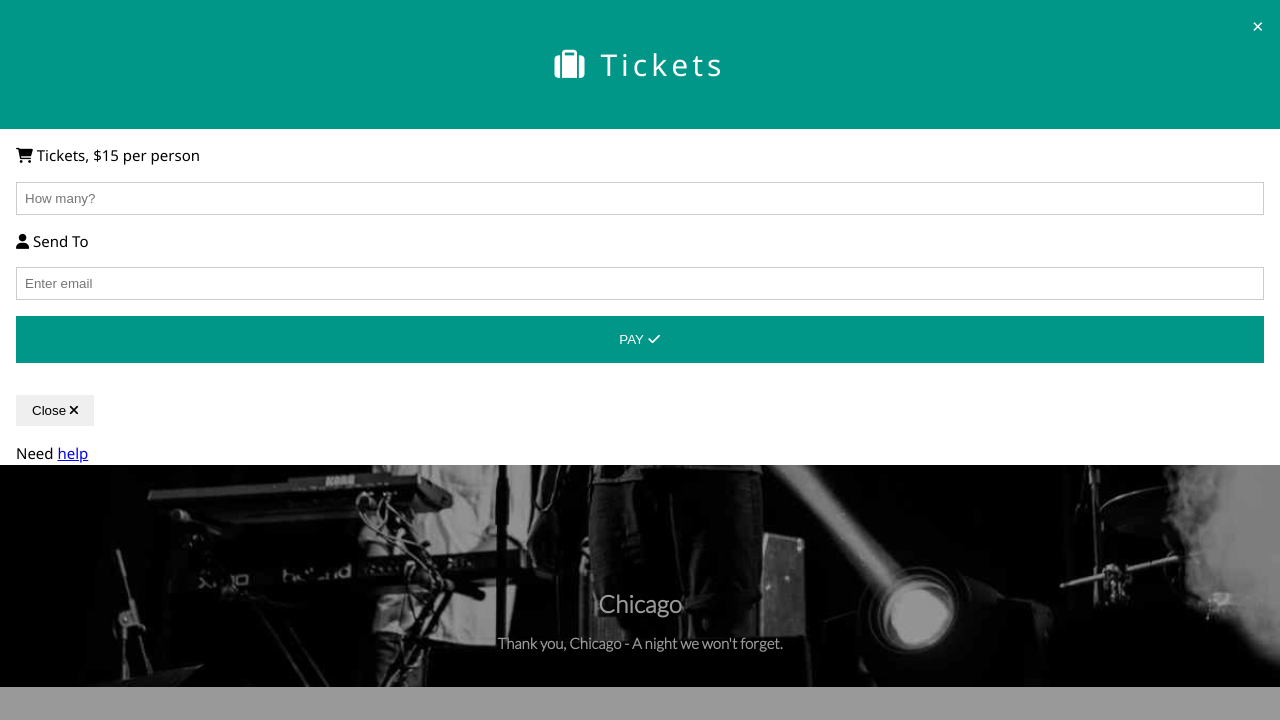
Repository: vanmanhAI/project-03-w3
Page: index.html
The author's editor kept a copy of each file at every save. The page is drawn from the files as they stood at one save, then again after a run of saves.
The browser window is 1280 px wide. The pictures show the window.
A layer covers the whole window, so only the first screen is drawn. Some web libraries are served in a nearby version.

Above is the page before, as saved 2022-07-11 16:47:05.

After the next 7 saves:
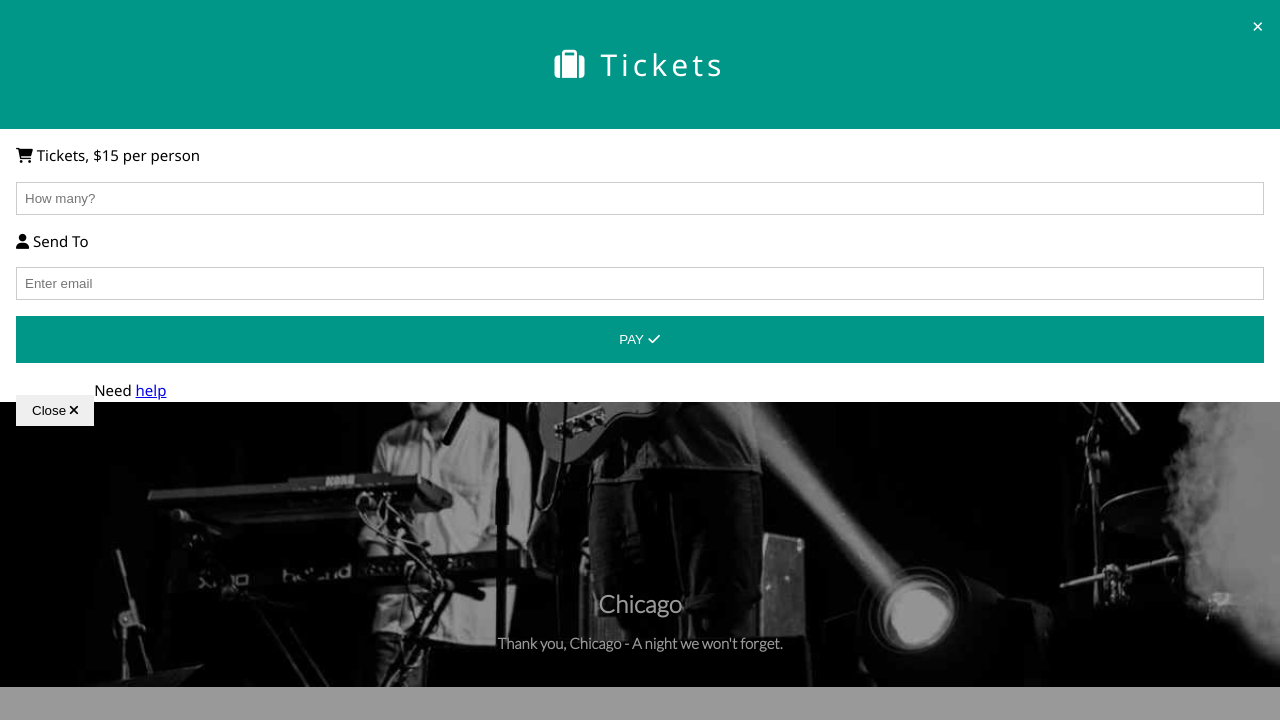
The 7 saves are shown as one change because they came seconds apart.
The last was saved 19 s later.
--- a/assets/css/style.css
+++ b/assets/css/style.css
@@ -333,10 +333,10 @@ html {
     text-align: center;
 }
 .modal .modal-container .modal-btn-close {
-    display: inline-block;
     border: none;
     margin: 1.6rem 0;
     padding: 0.8rem 1.6rem;
+    float: left;
 }
 .modal-xmark {
 
